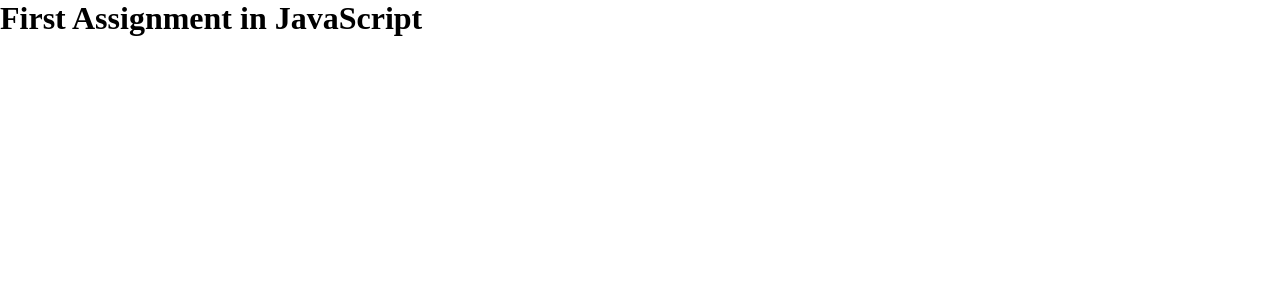
Repository: muhammadbilal29122004-web/First-Assignment-In-JS
Page: index.html
The author's editor kept a copy of each file at every save. The page is drawn from the files as they stood at one save, then again after the next save.
The browser window is 1280 px wide. The pictures show the whole page.

Above is the page before, as saved 2025-11-30 18:36:28.

After the next save:
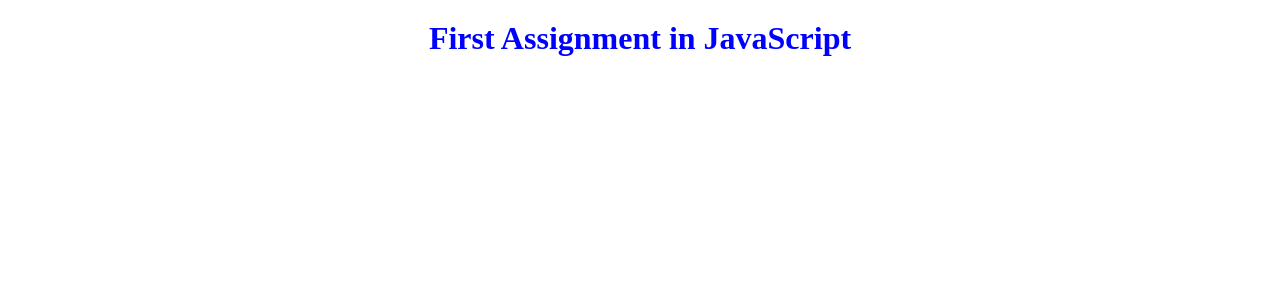
Saved 5 s later.
--- a/style.css
+++ b/style.css
@@ -3,4 +3,8 @@
     padding: 0;
     box-sizing: border-box;
 }
-h1
+h1{
+    text-align: center;
+    margin-top: 20px;
+    color: blue;
+}
